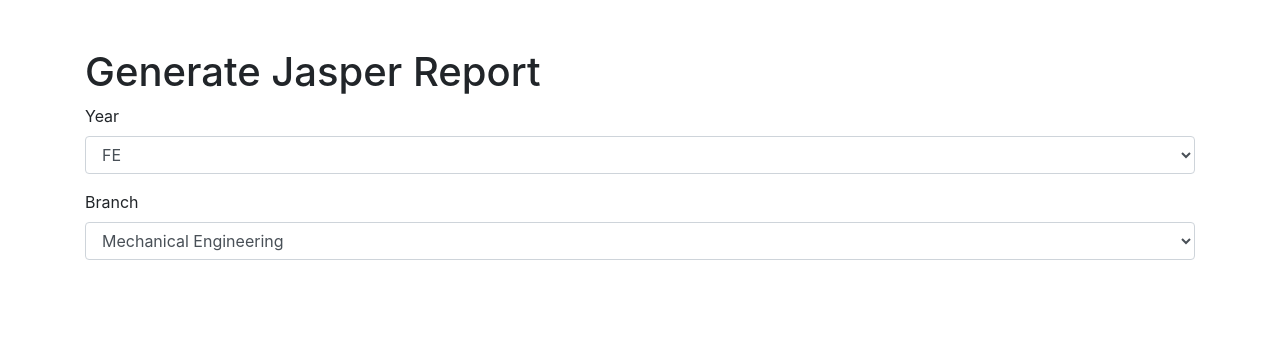
Repository: supranshu/CrystalReportGenerator
Page: http://localhost/generate_report
The author's editor kept a copy of each file at every save. The page is drawn from the files as they stood at one save, then again after the next save.
The browser window is 1280 px wide. The pictures show the whole page.
The page is this project's Thymeleaf template; nobody is signed in. The template is opened directly, without the code that normally fills it, so the values that code supplies are empty.

Above is the page before, as saved 2023-07-25 14:15:57.

After the next save:
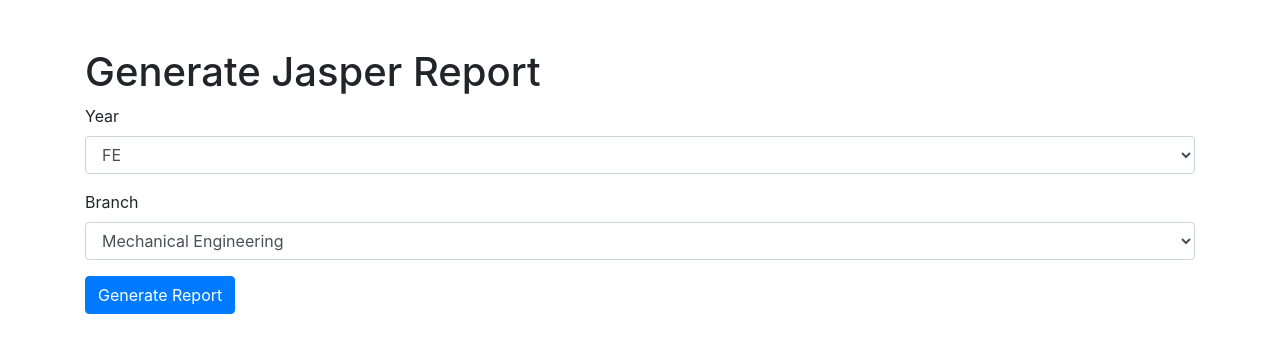
Saved 2 min 51 s later.
--- a/com.report/src/main/resources/templates/generate_report.html
+++ b/com.report/src/main/resources/templates/generate_report.html
@@ -9,7 +9,7 @@
 <body>
     <div class="container mt-5">
         <h1>Generate Jasper Report</h1>
-        <form th:action="@{/export/report}" method="get" target="_blank">
+        <form th:action="@{/generate-report}" method="get" target="_blank">
             <div class="form-group">
                 <label for="year">Year</label>
                 <select class="form-control" id="year" name="year" required>
@@ -29,6 +29,9 @@
                     <option value="InformationTechnology">Information Technology Engineering</option>
                 </select>
             </div>
+            <button type="submit" class="btn btn-primary">Generate Report</button>
+        </form>
+    </div>
 
     <div class="container mt-5" th:if="${students}">
         <h2>Student Data</h2>
